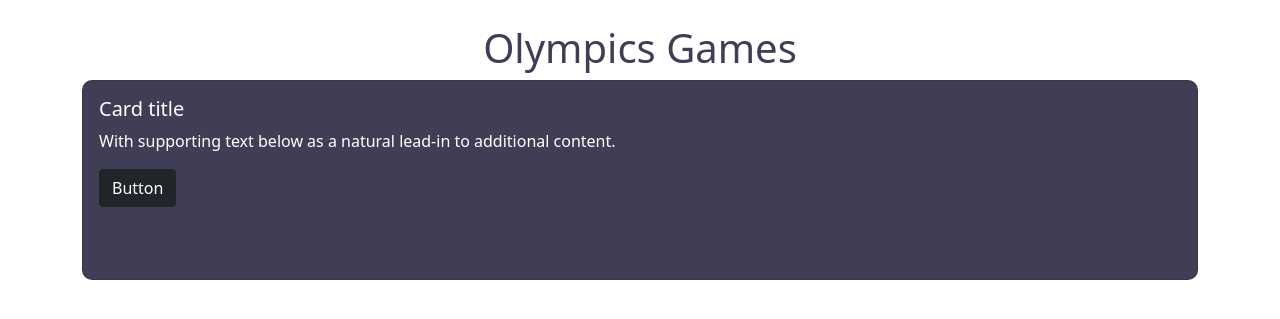
Repository: ahmedazawi/olympic_games
Page: client/views/index.html
An editor plug-in stored every save of this project. The page is shown before and after the next save, followed by the edit.
The browser window is 1280 px wide. The pictures show the whole page.

Above is the page before, as saved 2021-12-24 12:59:16.

After the next save:
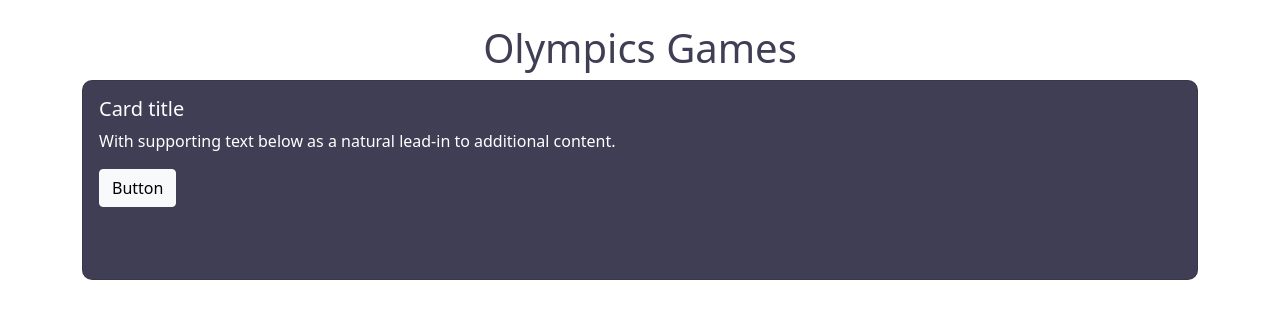
Saved 8 s later.
--- a/client/views/index.html
+++ b/client/views/index.html
@@ -27,7 +27,7 @@
                             <h5 class="card-title">Card title</h5>
                             <p class="card-text">With supporting text below as a natural lead-in to additional content.
                             </p>
-                            <a href="#" class="btn btn-dark ">Button</a>
+                            <a href="#" class="btn btn-light ">Button</a>
                         </div>
                     </div>
                 </div>
